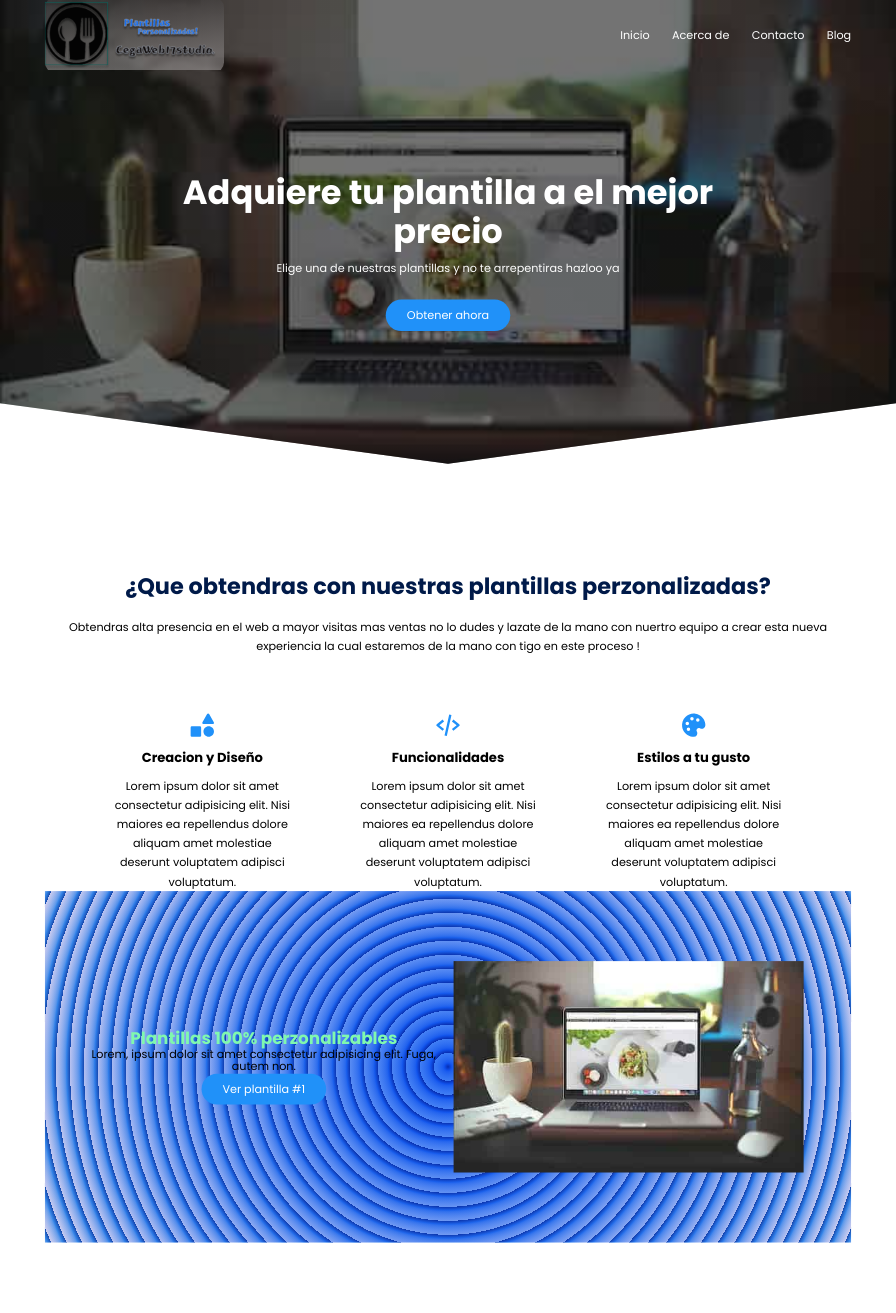
Repository: cega17/una-pagina-web
Page: index.html
These files come from the project's save history. The page is drawn as it stood at one moment and after the next save; the edit follows.
The browser window is 1280 px wide. The pictures show the whole page, at 70% of full size.

Above is the page before, as saved 2023-10-30 09:38:04.

After the next save:
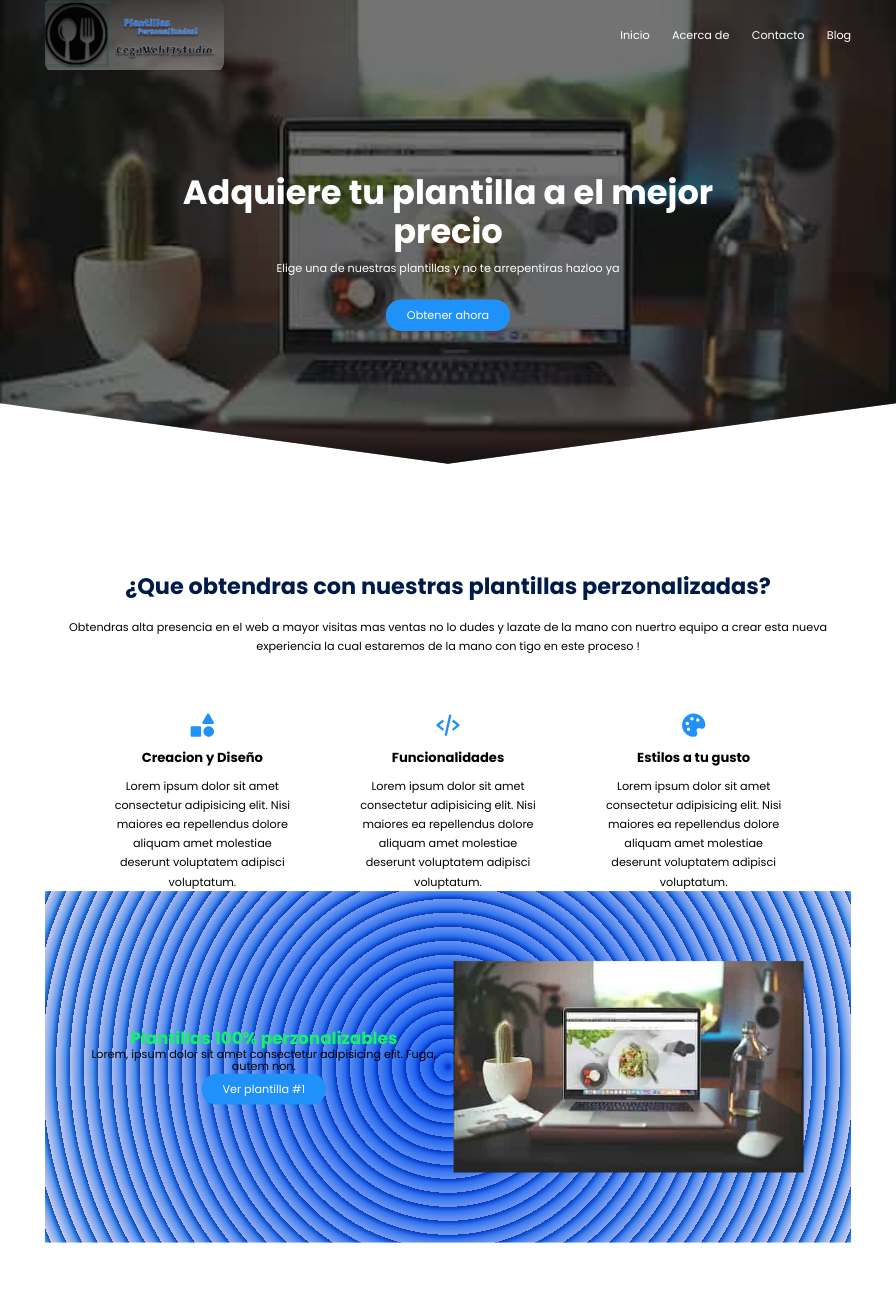
Saved 19 s later.
--- a/css/styles.css
+++ b/css/styles.css
@@ -173,7 +173,7 @@ body {
 
 }
 .subtitle__knowledge{
-    color: rgb(128, 248, 174);
+    color: rgb(17, 243, 104);
 }
 .knowledge__picture{
     max-width: 500px;
